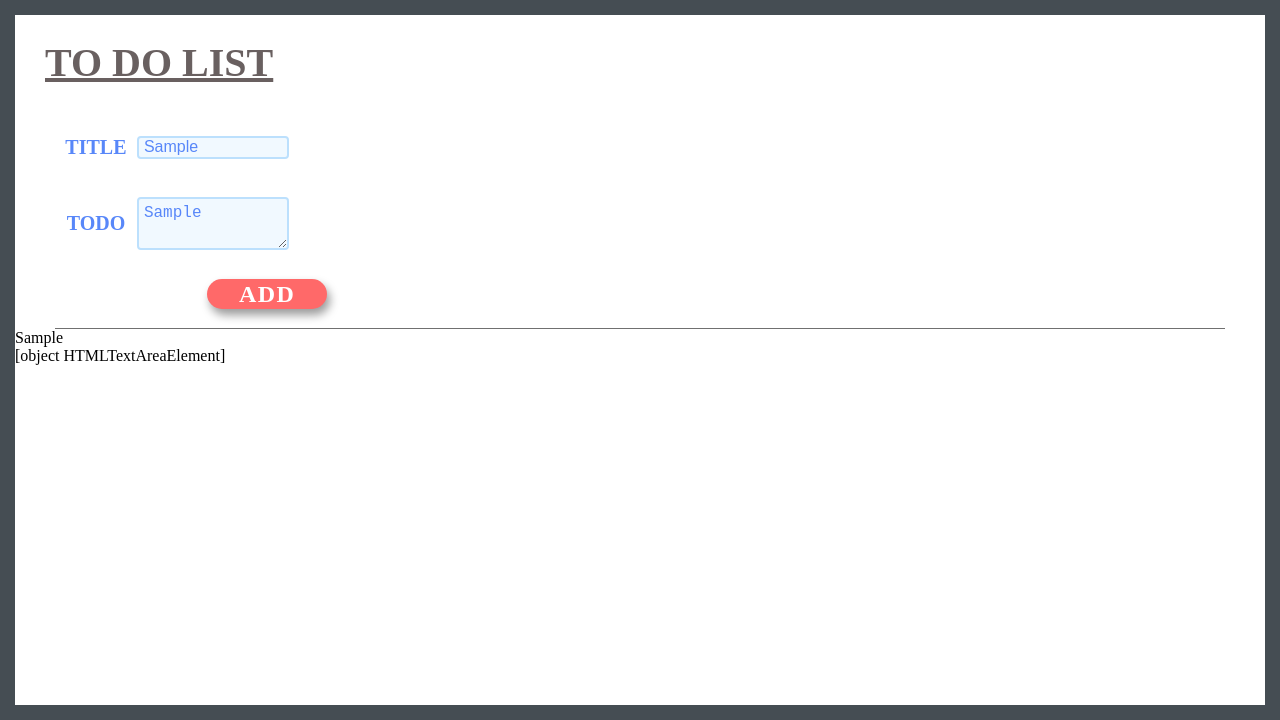
Repository: NagataRyuji0630/shinjin-otameshi
Page: todo_white_board.html
The author's editor kept a copy of each file at every save. The page is drawn from the files as they stood at one save, then again after the next save.
The browser window is 1280 px wide. The pictures show the whole page.
Empty fields were first filled with sample values (such as "Sample", 5 or name@example.com).
After loading, the first visible `#btn_container` was clicked once.

Above is the page before, as saved 2020-06-14 16:11:14.

After the next save:
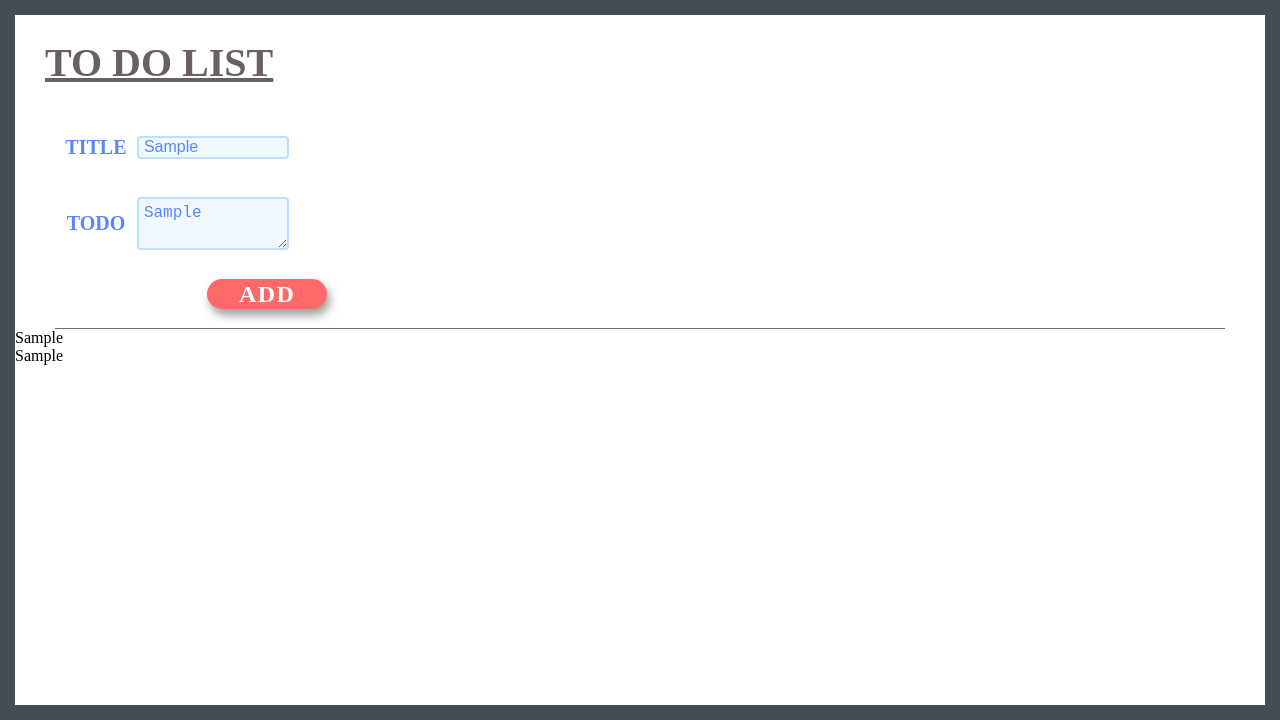
Saved 5 s later.
--- a/todoWhiteBoard.js
+++ b/todoWhiteBoard.js
@@ -1,6 +1,6 @@
 function evtAddBtn(e) {
     let tagName = document.getElementById("todo_title").value;
-    let tagContent = document.getElementById("todo_detail");
+    let tagContent = document.getElementById("todo_detail").value;
 
     addTodoTag(tagName, tagContent);
 }
